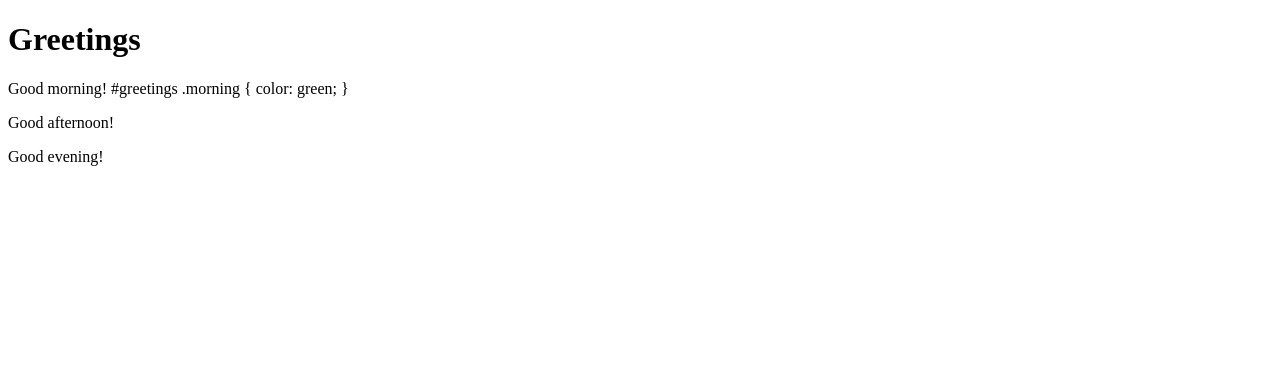
Repository: MomoeTeruya/microposts
Page: exam.html
The author's editor kept a record of every edit. The page is drawn from the files as they stood at one moment, then again after the next edit.
The browser window is 1280 px wide. The pictures show the whole page.

Above is the page before.

### exam.html
<!DOCTYPE html>
<html>
    <head>
        <meta charset="utf-8">
        <title>Greetings</title>
    </head>


  <body>
<h1>Greetings</h1>

  <div>
    <p>
    Good morning!
    #greetings .morning {
  color: green;
}
    </p>
    <p>
    Good afternoon!
    </p>
    <p>
    Good evening!
    </p>
  </div>
</body>
</html>

After the next edit:
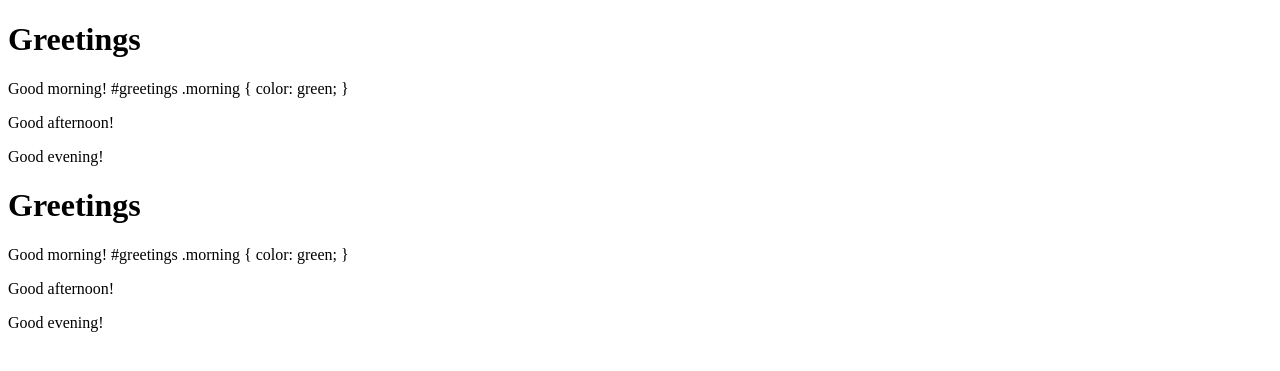
The edit:
--- a/exam.html
+++ b/exam.html
@@ -25,3 +25,30 @@
   </div>
 </body>
 </html>
+
+
+
+
+
+
+
+
+  <body>
+<h1>Greetings</h1>
+
+  <div>
+    <p>
+    Good morning!
+    #greetings .morning {
+  color: green;
+}
+    </p>
+    <p>
+    Good afternoon!
+    </p>
+    <p>
+    Good evening!
+    </p>
+  </div>
+</body>
+</html>
